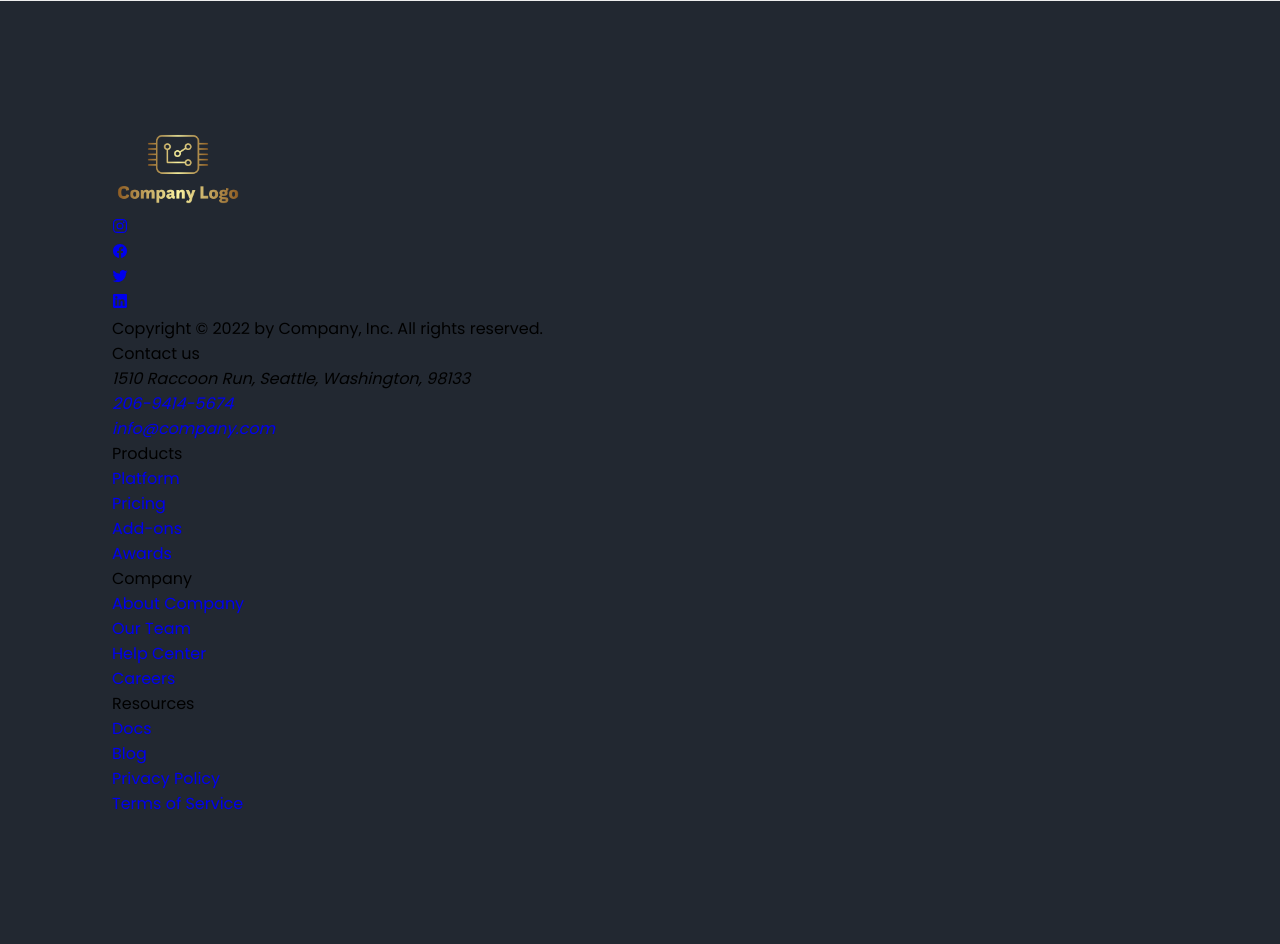
Repository: bijaythakur-code/responsive-footer-design-html-css
Page: index.html
The author's editor kept a copy of each file at every save. The page is drawn from the files as they stood at one save, then again after the next save.
The browser window is 1280 px wide. The pictures show the whole page.

Above is the page before, as saved 2022-07-27 14:12:36.

After the next save:
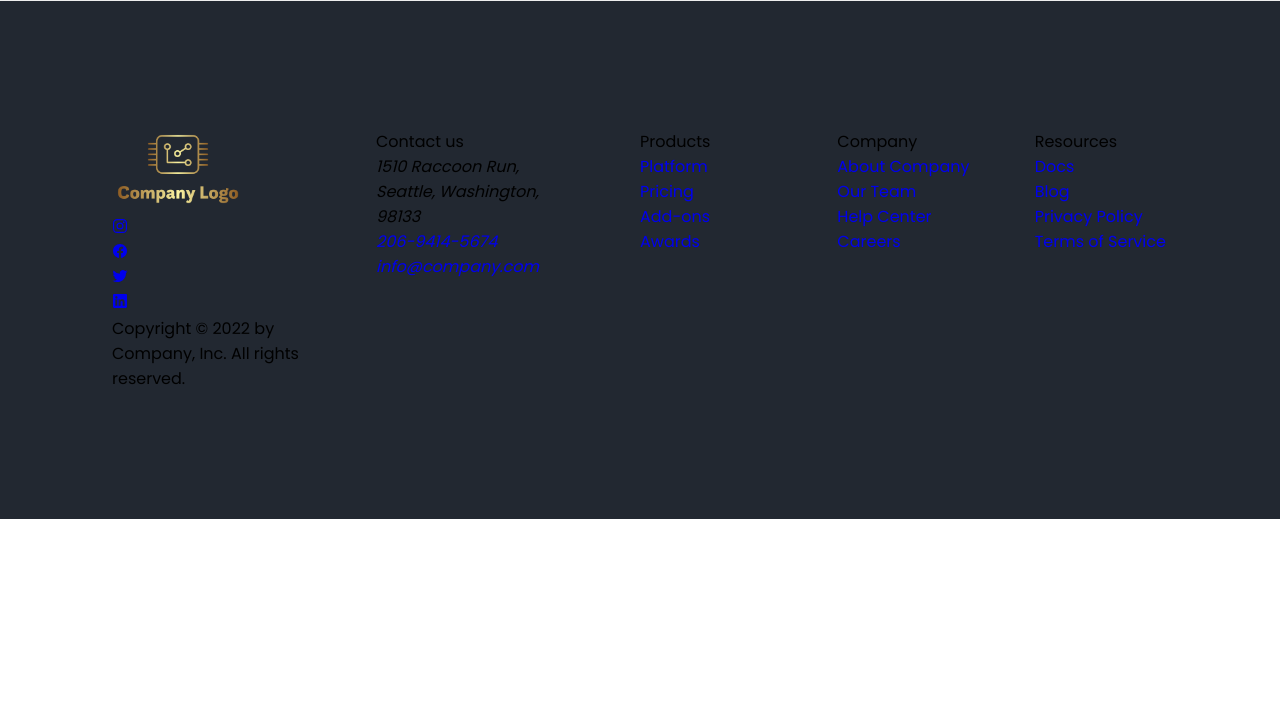
Saved 55 s later.
--- a/css/style.css
+++ b/css/style.css
@@ -44,3 +44,10 @@ a {
   border-top: 1px solid #eee;
   background-color: var(--footer-background-color);
 }
+
+.footer-wrapper {
+  display: grid;
+  grid-template-columns: 1.5fr 1.5fr 1fr 1fr 1fr;
+  column-gap: 64px;
+  row-gap: 96px;
+}
